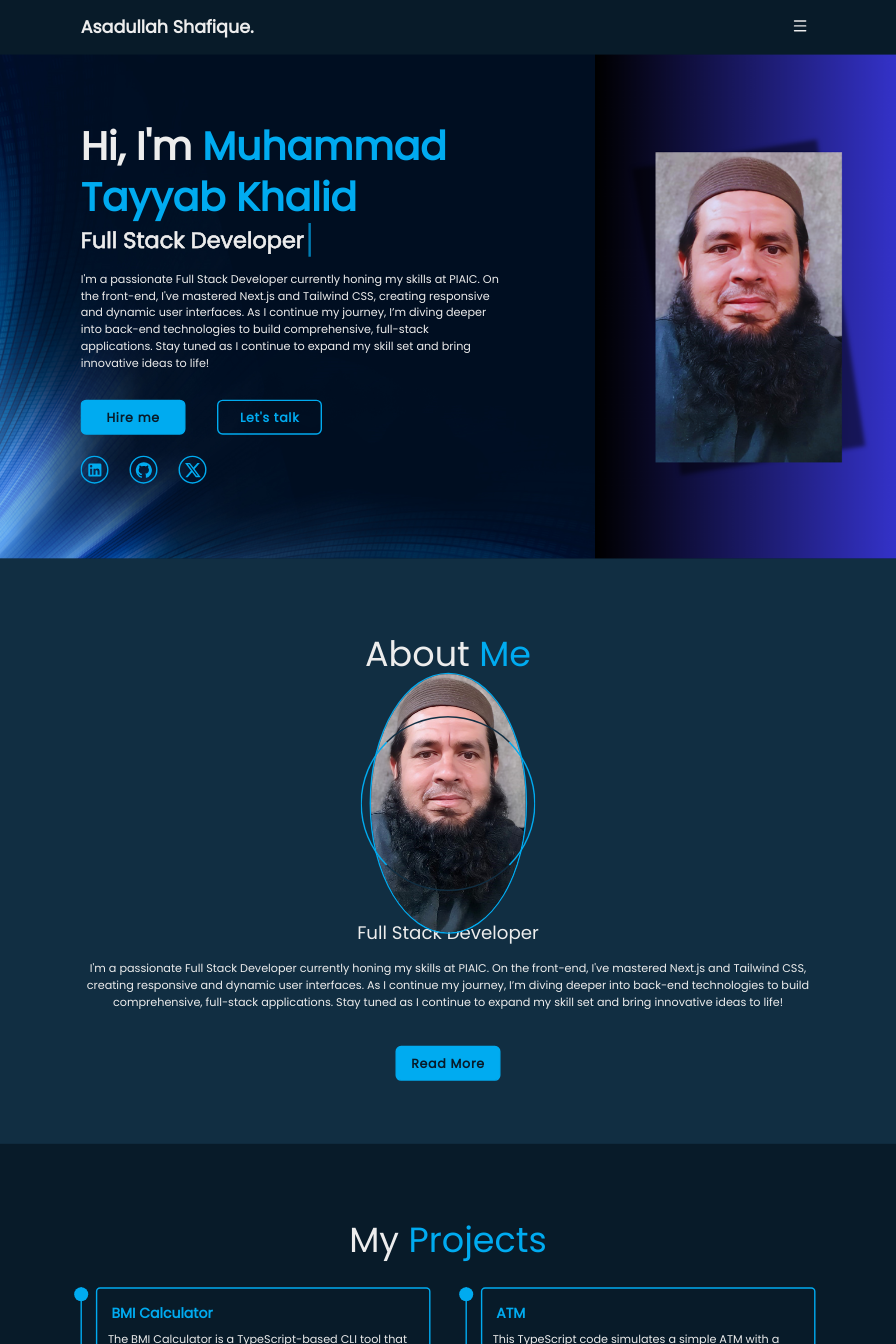
Repository: asadullah48/nextjs_projects_portfolio
Page: /
These files come from the project's save history. The page is drawn as it stood at one moment and after the next save; the edit follows.
The browser window is 1280 px wide. The pictures show the part of the page from y = 0 to 1920 px (the page is 4234 px tall), at 70% of full size.
The project was rebuilt for these pictures with package versions that can differ from the ones it lists, and the page was loaded fresh each time. The framework's server and built-in components were replaced by stand-ins that run in the browser. Also part of the build but not shown: next.config.ts.

Above is the page before, as saved 2024-11-13 10:36:36.

After the next save:
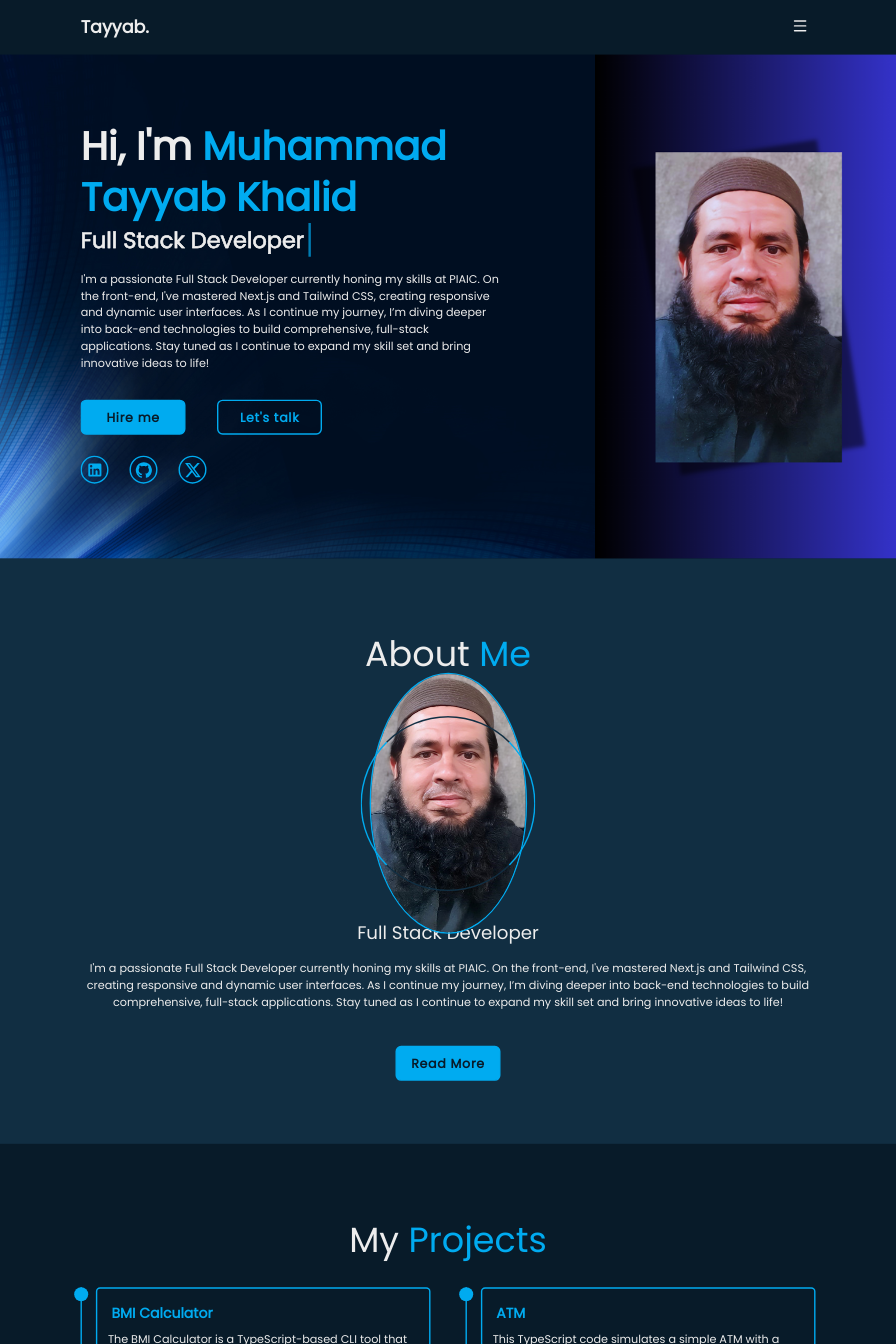
Saved 33 s later.
--- a/src/app/page.tsx
+++ b/src/app/page.tsx
@@ -29,7 +29,7 @@ export default function Home() {
      <header className={`header flex justify-end items-center transition-opacity duration-300 ${isSidebarOpen ? "opacity-50" : "opacity-100"}`}>
         <div>
           <Link href={"#home"} className="logo ">
-            Asadullah Shafique.
+            Tayyab.
           </Link>
         </div>
         <nav className="navbar">
